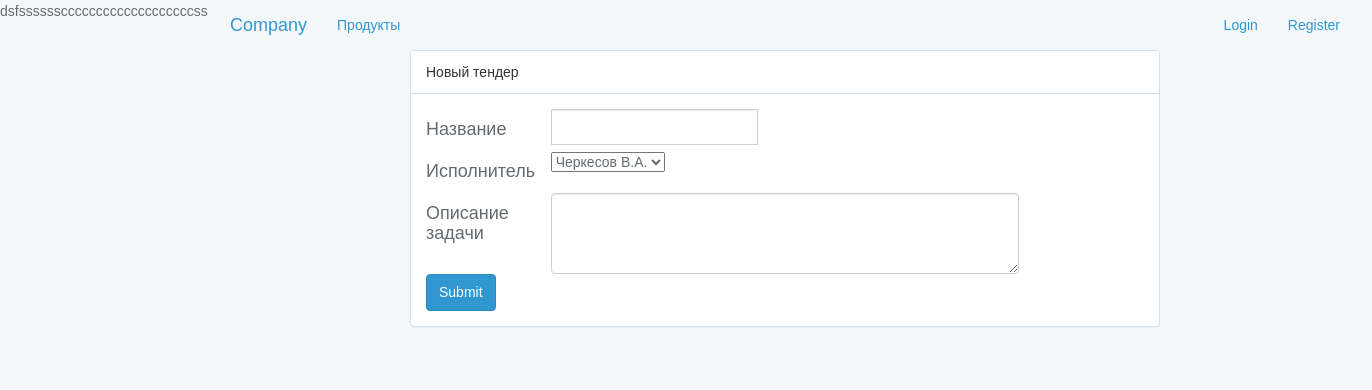
Repository: blackjack043/laravel-crud
Page: http://localhost/page2
The author's editor kept a copy of each file at every save. The page is drawn from the files as they stood at one save, then again after the next save.
The browser window is 1280 px wide. The page is 1370 px wide, then 1372 px, so the pictures cover 1372 px, including what lies to the right of the window. The pictures show the whole page.
Some web fonts or font styles are not loaded; a fallback is used. The page is served by the project's Laravel application, run on PHP 8.4 with Laravel 8.

Above is the page before, as saved 2022-03-06 21:12:51.

After the next save:
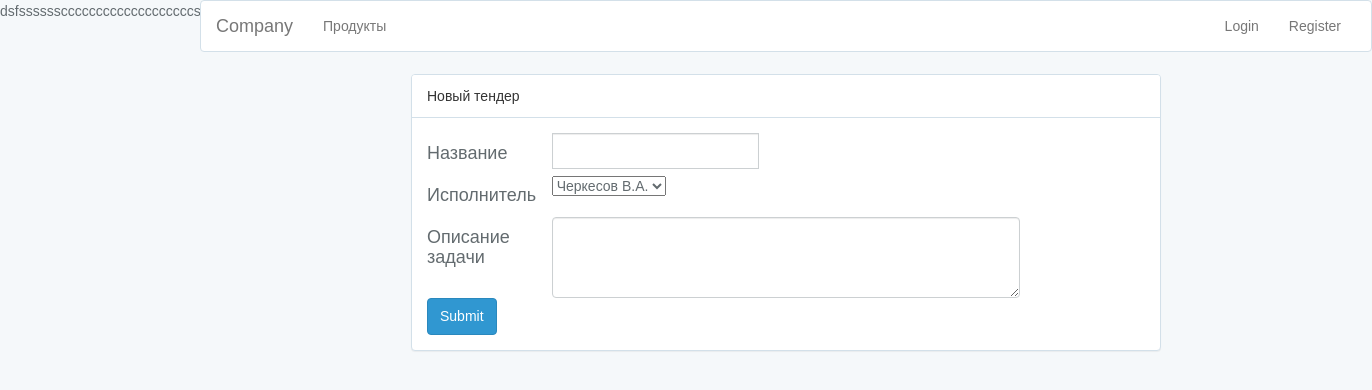
Saved 18 s later.
--- a/resources/views/layouts/app2.blade.php
+++ b/resources/views/layouts/app2.blade.php
@@ -23,7 +23,7 @@
 <body>
     <div id="app" style="display: flex;">
         <div style="width:200px" >dsfsssssscccccccccccccccccccss</div>
-        <div style="display:inline; >
+        <div style="display:inline; ">
         <nav class="navbar navbar-default">
             <div class="container">
                 <div class="navbar-header">
